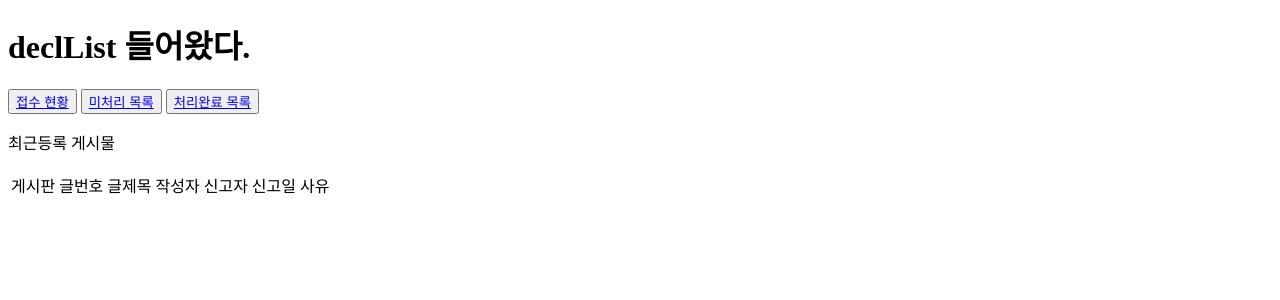
Repository: banana1531/ggs
Page: http://localhost/ggs/WEB-INF/views/admin/declList.jsp
The author's editor kept a copy of each file at every save. The page is drawn from the files as they stood at one save, then again after the next save.
The browser window is 1280 px wide. The pictures show the whole page.
The page is served by Tomcat 9. Nobody is signed in. The template is opened directly, without the code that normally fills it, so the values that code supplies are empty.

Above is the page before, as saved 2020-07-13 06:22:02.
Console error: ReferenceError: $ is not defined

After the next save:
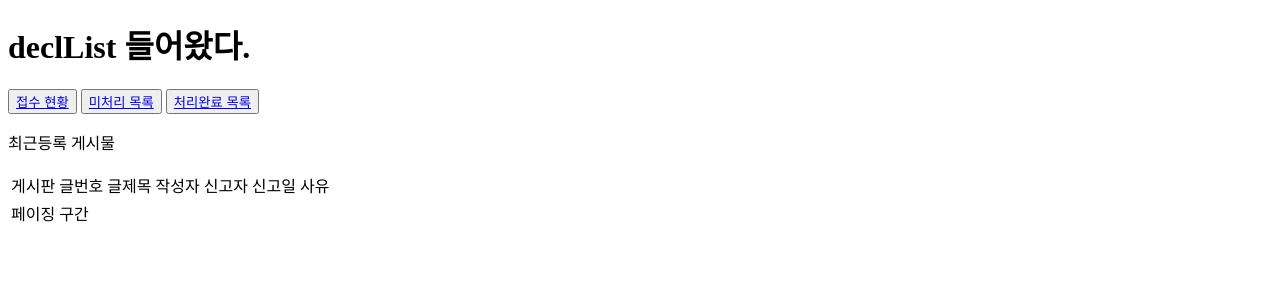
Saved 7 min 7 s later.
--- a/99s/ggs/src/main/webapp/WEB-INF/views/admin/declList.jsp
+++ b/99s/ggs/src/main/webapp/WEB-INF/views/admin/declList.jsp
@@ -47,6 +47,9 @@ $(function(){
 					<td>${list.reason }</td>
 				</tr>
 			</c:forEach>
+			<tr>
+				<td colspan="7">페이징 구간</td>
+			</tr>
 		</table>
    </div>
 </body>
